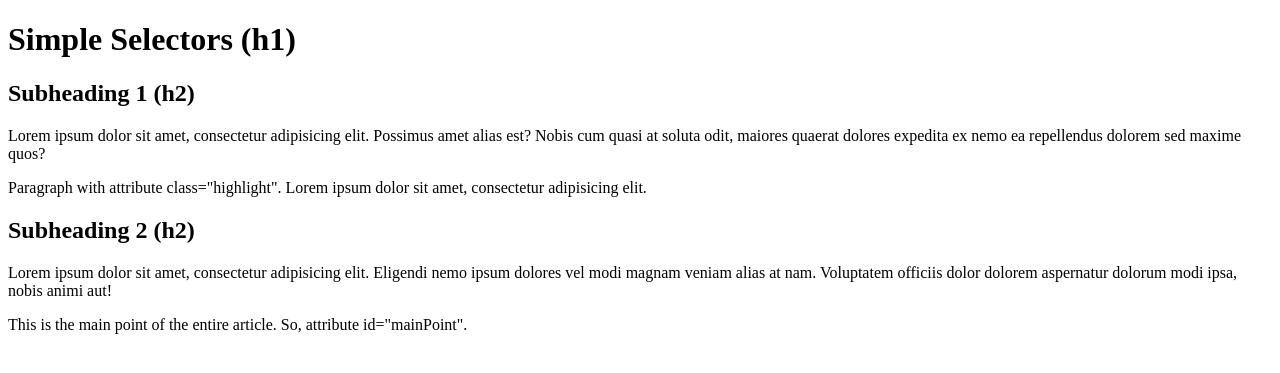
Repository: Aakarshit-Sharma19/Basic-HTML-and-CSS-Page-
Page: test.html
These files come from the project's save history. The page is drawn as it stood at one moment and after the next save; the edit follows.
The browser window is 1280 px wide. The pictures show the whole page.

Above is the page before, as saved 2020-11-08 10:10:51.

### test.html
<!DOCTYPE html>
<html>

<head>
  <meta charset="utf-8">
  <title>Simple Selectors</title>
  <style>
    /* all h2 elements */
    xxx {
      color: red;
      text-align: center;
    }


    /* all with class="highlight" */
    xxx {
      font-size: 20px;
      font-weight: bold;
      font-style: italic;
      background-color: green;
      opacity: .6;
    }

    /* element with id="mainPoint" */
    xxx {
      font-size: 24px;
      font-weight: bold;
      background-color: red;
      opacity: .7;
    }

    /* all p AND h1 elements */
    xxx {
      color: blue;
      text-align: center;
    }
  </style>
</head>

<body>

  <h1>Simple Selectors (h1)</h1>
  <h2>Subheading 1 (h2)</h2>
  <p class="highlight">Lorem ipsum dolor sit amet, consectetur adipisicing elit. Possimus amet alias est? Nobis cum
    quasi at soluta odit, maiores quaerat dolores expedita ex nemo ea repellendus dolorem sed maxime quos?</p>
  <p class="highlight">Paragraph with attribute class="highlight". Lorem ipsum dolor sit amet, consectetur adipisicing
    elit.</p>
  <h2>Subheading 2 (h2)</h2>
  <p>Lorem ipsum dolor sit amet, consectetur adipisicing elit. Eligendi nemo ipsum dolores vel modi magnam veniam alias
    at nam. Voluptatem officiis dolor dolorem aspernatur dolorum modi ipsa, nobis animi aut!</p>
  <div>This is the main point of the entire article. So, attribute
    <span id="mainPoint">id="mainPoint".</span> </div>

</body>

</html>

After the next save:
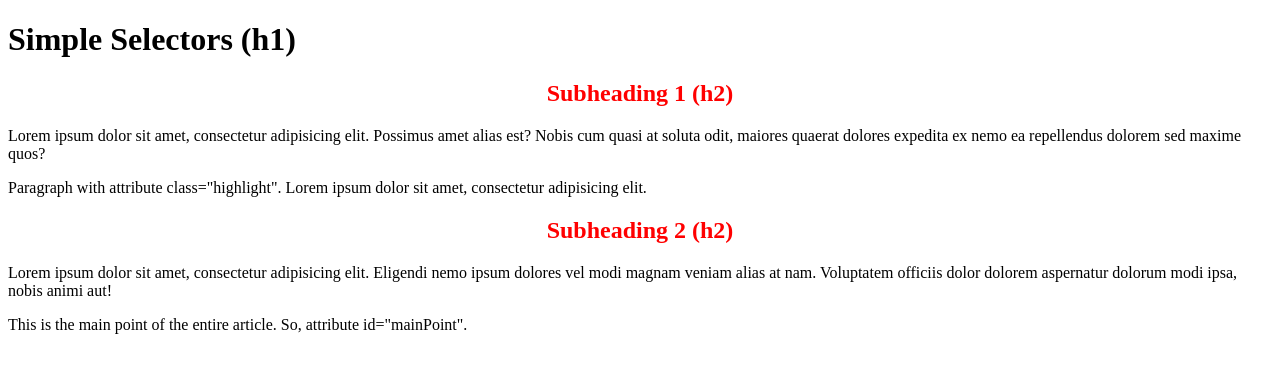
Saved 26 s later.
--- a/test.html
+++ b/test.html
@@ -6,7 +6,7 @@
   <title>Simple Selectors</title>
   <style>
     /* all h2 elements */
-    xxx {
+    h2 {
       color: red;
       text-align: center;
     }
